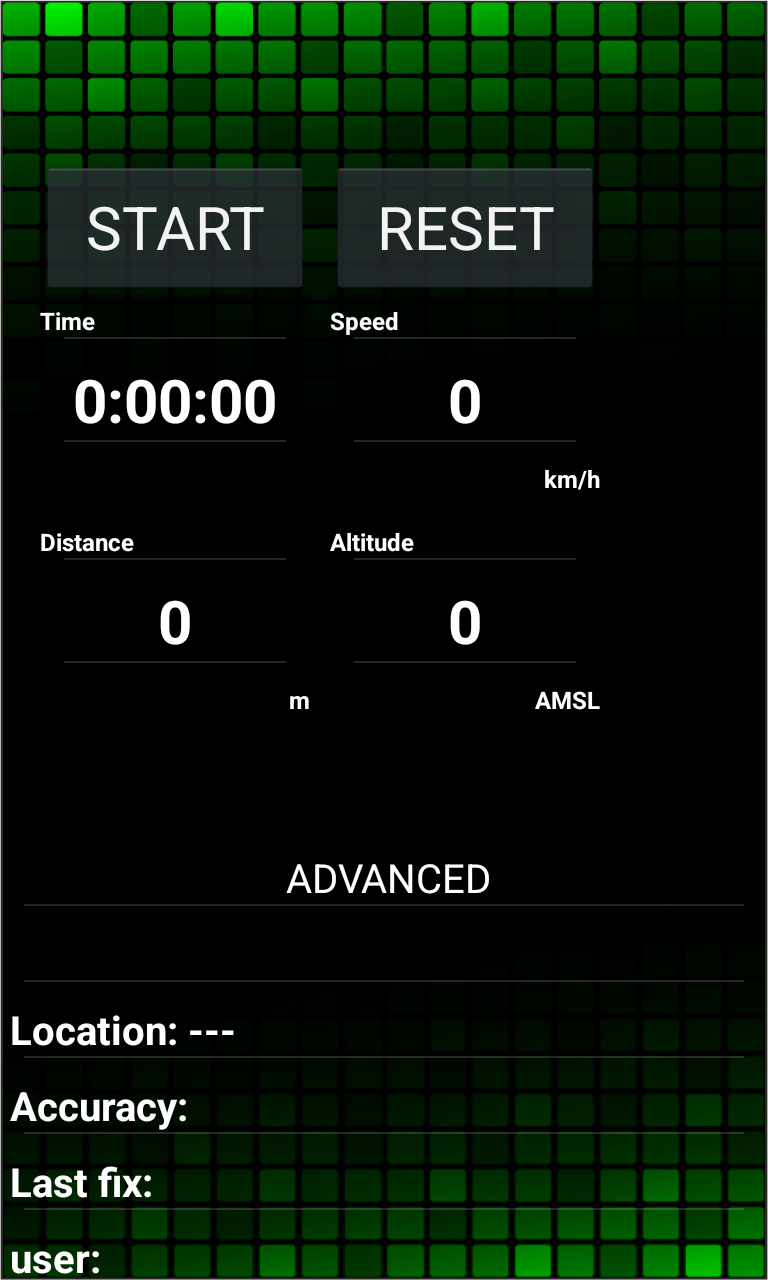
Repository: sebastianR1001/GeoApplication
Layout: GeoApplication/res/layout/activity_fullscreen.xml
These files come from the project's save history. The layout is drawn as it stood at one moment and after the next save; the edit follows.
It is drawn on a 768 x 1280 px phone screen (xhdpi) without system bars, with theme FullscreenTheme; the app's code is not run.

Above is the layout before, as saved 2014-11-05 08:03:15.

### GeoApplication/res/layout/activity_fullscreen.xml
<FrameLayout xmlns:android="http://schemas.android.com/apk/res/android"
    xmlns:tools="http://schemas.android.com/tools"
    android:layout_width="match_parent"
    android:layout_height="match_parent"
    android:background="@drawable/alik"
    tools:context="geo.geoapplication.FullscreenActivity" >

    <!--
         The primary full-screen view. This can be replaced with whatever view
         is needed to present your content, e.g. VideoView, SurfaceView,
         TextureView, etc.
    -->

    <TextView
        android:id="@+id/fullscreen_content"
        android:layout_width="match_parent"
        android:layout_height="match_parent"
        android:gravity="center"
        android:keepScreenOn="true"
        android:textSize="50sp"
        android:textStyle="bold" />

     <TableLayout
        android:layout_width="wrap_content"
        android:layout_height="wrap_content"
        android:layout_marginTop="80dp"
        android:layout_marginLeft="10dp"
        android:layout_marginRight="10dp"  >

         <TableRow
            android:id="@+id/tableRow0"
            android:layout_width="wrap_content"
            android:layout_height="wrap_content"
            >

            <Button
		        android:id="@+id/startButton"
		        android:layout_width="135dp"
		        android:layout_height="67dp"
		        android:layout_marginLeft="10dp"
		        android:textSize="30sp"
		        android:text="@string/startButton" />

		     <Button
		        android:id="@+id/resetButton"
		        android:layout_width="135dp"
		        android:layout_height="67dp"
		        android:layout_marginRight="10dp"
		        android:layout_marginLeft="10dp"
		        android:textSize="30sp"
		        android:text="@string/resetButton" />

        </TableRow>

        <TableRow
            android:id="@+id/tableRow1"
            android:layout_width="wrap_content"
            android:layout_height="wrap_content"
            >

            <LinearLayout
		        android:id="@+id/timeLayout"
		        style="?metaButtonBarStyle"
		        android:layout_width="wrap_content"
		        android:layout_height="wrap_content"
		        android:layout_weight="5"
		        android:layout_marginLeft="10dp"
		        android:background="@color/black_overlay"
		        android:orientation="vertical"
		        tools:ignore="UselessParent" >

			    <TextView
			        android:layout_width="match_parent"
			        android:layout_height="match_parent"
			        android:layout_marginTop="5dp"
			        android:text="@string/timeText"
			        android:id="@+id/timeText"
			        android:textColor="#ffffff"
			        android:textSize="12sp"
			        android:textStyle="bold" />

			    <TextView
			        android:layout_width="match_parent"
			        android:layout_height="match_parent"
			        android:text="@string/time"
			        android:id="@+id/time"
			        android:layout_marginTop="10dp"
			        android:gravity="center"
			        android:textColor="#ffffff"
			        android:textSize="30sp"
			        android:textStyle="bold" />

			    <TextView
			        android:layout_width="match_parent"
			        android:layout_height="match_parent"
			        android:layout_marginTop="10dp"
			        android:textColor="#ffffff"
			        android:textSize="12sp"
			        android:textStyle="bold" />

	        </LinearLayout>

			<LinearLayout
		        android:id="@+id/speedLayout"
		        style="?metaButtonBarStyle"
		        android:layout_width="wrap_content"
		        android:layout_height="wrap_content"
		        android:layout_weight="5"
		        android:layout_marginRight="10dp"
		        android:layout_marginLeft="10dp"
		        android:background="@color/black_overlay"
		        android:orientation="vertical"
		        tools:ignore="UselessParent" >

			    <TextView
			        android:layout_width="match_parent"
			        android:layout_height="match_parent"
			        android:layout_marginTop="5dp"
			        android:text="@string/speedText"
			        android:id="@+id/speedText"
			        android:textColor="#ffffff"
			        android:textSize="12sp"
			        android:textStyle="bold" />

			    <TextView
			        android:layout_width="match_parent"
			        android:layout_height="match_parent"
			        android:text="@string/speed"
			        android:id="@+id/speed"
			        android:layout_marginTop="10dp"
			        android:gravity="center"
			        android:textColor="#ffffff"
			        android:textSize="30sp"
			        android:textStyle="bold" />

			    <TextView
			        android:layout_width="match_parent"
			        android:layout_height="match_parent"
			        android:layout_marginTop="10dp"
			        android:text="@string/speedUnit"
			        android:id="@+id/speedUnit"
			        android:textColor="#ffffff"
			        android:textSize="12sp"
			        android:gravity="right"
			        android:textStyle="bold" />

	        </LinearLayout>

        </TableRow>

        <TableRow
            android:id="@+id/tableRow4"
            android:layout_width="wrap_content"
            android:layout_height="wrap_content"
            android:layout_marginTop="10dp"
            >

            <LinearLayout
		        android:id="@+id/distanceLayout"
		        style="?metaButtonBarStyle"
		        android:layout_width="wrap_content"
		        android:layout_height="wrap_content"
		        android:layout_weight="5"
		        android:layout_marginLeft="10dp"
		        android:background="@color/black_overlay"
		        android:orientation="vertical"
		        tools:ignore="UselessParent" >

			    <TextView
			        android:layout_width="match_parent"
			        android:layout_height="match_parent"
			        android:layout_marginTop="5dp"
			        android:text="@string/distanceText"
			        android:id="@+id/distanceText"
			        android:textColor="#ffffff"
			        android:textSize="12sp"
			        android:textStyle="bold" />

			    <TextView
			        android:layout_width="match_parent"
			        android:layout_height="match_parent"
			        android:text="@string/distance"
			        android:id="@+id/distance"
			        android:layout_marginTop="10dp"
			        android:gravity="center"
			        android:textColor="#ffffff"
			        android:textSize="30sp"
			        android:textStyle="bold" />

			    <TextView
			        android:layout_width="match_parent"
			        android:layout_height="match_parent"
			        android:layout_marginTop="10dp"
			        android:text="@string/distanceUnit"
			        android:id="@+id/distanceUnit"
			        android:textColor="#ffffff"
			        android:gravity="right"
			        android:textSize="12sp"
			        android:textStyle="bold" />

	        </LinearLayout>

			<LinearLayout
		        android:id="@+id/elevationLayout"
		        style="?metaButtonBarStyle"
		        android:layout_width="wrap_content"
		        android:layout_height="wrap_content"
		        android:layout_weight="5"
		        android:layout_marginRight="10dp"
		        android:layout_marginLeft="10dp"
		        android:background="@color/black_overlay"
		        android:orientation="vertical"
		        tools:ignore="UselessParent" >

			    <TextView
			        android:layout_width="match_parent"
			        android:layout_height="match_parent"
			        android:layout_marginTop="5dp"
			        android:text="@string/altitudeText"
			        android:id="@+id/altitudeText"
			        android:textColor="#ffffff"
			        android:textSize="12sp"
			        android:textStyle="bold" />

			    <TextView
			        android:layout_width="match_parent"
			        android:layout_height="match_parent"
			        android:text="@string/altitude"
			        android:id="@+id/altitude"
			        android:layout_marginTop="10dp"
			        android:gravity="center"
			        android:textColor="#ffffff"
			        android:textSize="30sp"
			        android:textStyle="bold" />

			    <TextView
			        android:layout_width="match_parent"
			        android:layout_height="match_parent"
			        android:layout_marginTop="10dp"
			        android:text="@string/altitudeUnit"
			        android:id="@+id/altitudeUnit"
			        android:textColor="#ffffff"
			        android:gravity="right"
			        android:textSize="12sp"
			        android:textStyle="bold" />

	        </LinearLayout>

        </TableRow>

    </TableLayout>

	   <LinearLayout
	        android:id="@+id/advanced"
	        style="?metaButtonBarStyle"
	        android:layout_width="match_parent"

	        android:layout_height="220dp"
	        android:layout_gravity="bottom|center_horizontal"
	        android:background="@color/black"
	        android:orientation="vertical"
	        tools:ignore="UselessParent" >

	       <TextView
		        android:id="@+id/advancedInformation"
		        android:layout_width="wrap_content"
                android:layout_height="wrap_content"
                android:text="@string/advancedText"
		        android:paddingTop="5dp"
		        android:paddingLeft="5dp"
		        android:layout_gravity="top|center_horizontal"
		        android:textColor="#ffffff"
		        android:textSize="20sp" />

	       <TextView
		        android:id="@+id/gpsInformation"
		        android:layout_width="wrap_content"
                android:layout_height="wrap_content"
		        android:paddingTop="10dp"
		        android:paddingLeft="5dp"
		        android:textColor="#ffffff"
		        android:textSize="20sp" />

		    <TextView
		        android:id="@+id/viewLocation"
		        android:layout_width="wrap_content"
		        android:layout_height="wrap_content"
		        android:paddingTop="10dp"
		        android:paddingLeft="5dp"
		        android:keepScreenOn="true"
		        android:text="@string/location"
		        android:textColor="#ffffff"
		        android:textSize="20sp"
		        android:textStyle="bold" />

	        <TextView
		        android:layout_width="wrap_content"
                android:layout_height="wrap_content"
		        android:paddingTop="10dp"
		        android:paddingLeft="5dp"
		        android:text="@string/accuracy"
		        android:id="@+id/accuracy"
		        android:textColor="#ffffff"
		        android:textSize="20sp"
		        android:textStyle="bold" />

	        <TextView
		        android:layout_width="wrap_content"
                android:layout_height="wrap_content"
		        android:paddingTop="10dp"
		        android:paddingLeft="5dp"
		        android:text="@string/last_fix"
		        android:id="@+id/lastFix"
		        android:textColor="#ffffff"
		        android:textSize="20sp"
		        android:textStyle="bold" />

	        <TextView
		        android:layout_width="wrap_content"
                android:layout_height="wrap_content"
		        android:paddingTop="10dp"
		        android:paddingLeft="5dp"
		        android:text="@string/userName"
		        android:id="@+id/userName"
		        android:textColor="#ffffff"
		        android:textSize="20sp"
		        android:textStyle="bold" />

        </LinearLayout>


    <FrameLayout
        android:layout_width="match_parent"
        android:layout_height="match_parent"
        android:fitsSystemWindows="true" >

        <LinearLayout
            android:id="@+id/fullscreen_content_controls"
            style="?metaButtonBarStyle"
            android:layout_width="match_parent"
            android:layout_height="wrap_content"
            android:layout_gravity="bottom|center_horizontal"
            android:background="@color/black_overlay"
            android:orientation="horizontal"
            tools:ignore="UselessParent" >
        </LinearLayout>

        <requestFocus />


    </FrameLayout>
    <!--
         This FrameLayout insets its children based on system windows using
         android:fitsSystemWindows.
    -->

</FrameLayout>

### GeoApplication/res/values/colors.xml
<resources>

    <color name="black_overlay">#66000000</color>
    <color name="black">#000000ff</color>
    <color name="white_overlay">#ffffffff</color>

</resources>

### GeoApplication/res/values/strings.xml
<?xml version="1.0" encoding="utf-8"?>
<resources>

    <string name="app_name">GeoApplication</string>
    <string name="dummy_button">Dummy Button</string>
    <string name="dummy_content">DUMMY\nCONTENT</string>
    <string name="geo_application">GEO\nAPPLICATION</string>

    <string name="location">Location: ---</string>

    <string name="speedText">Speed</string>
    <string name="speed">0</string>
    <string name="speedUnit">km/h</string>

    <string name="time">0:00:00</string>
    <string name="timeText">Time</string>

    <string name="accuracy">Accuracy:</string>

    <string name="distance">0</string>
    <string name="distanceUnit">m</string>
    <string name="distanceText">Distance</string>

    <string name="altitude">0</string>
    <string name="altitudeUnit">AMSL</string>
    <string name="altitudeText">Altitude</string>

    <string name="last_fix">Last fix:</string>

    <string name="userText">USER</string>
    <string name="passwordText">PASSWORD</string>

    <string name="userName">user: </string>

    <string name="startButton">START</string>
    <string name="stopButton">STOP</string>
    <string name="resetButton">RESET</string>
    <string name="loginButton">LOGIN</string>
    <string name="newAccountButton">REGISTRATION</string>

    <string name="advancedText">ADVANCED</string>


</resources>

Loaded but not shown: GeoApplication/res/values-v11/styles.xml (common file); GeoApplication/res/values/styles.xml (common file)

After the next save:
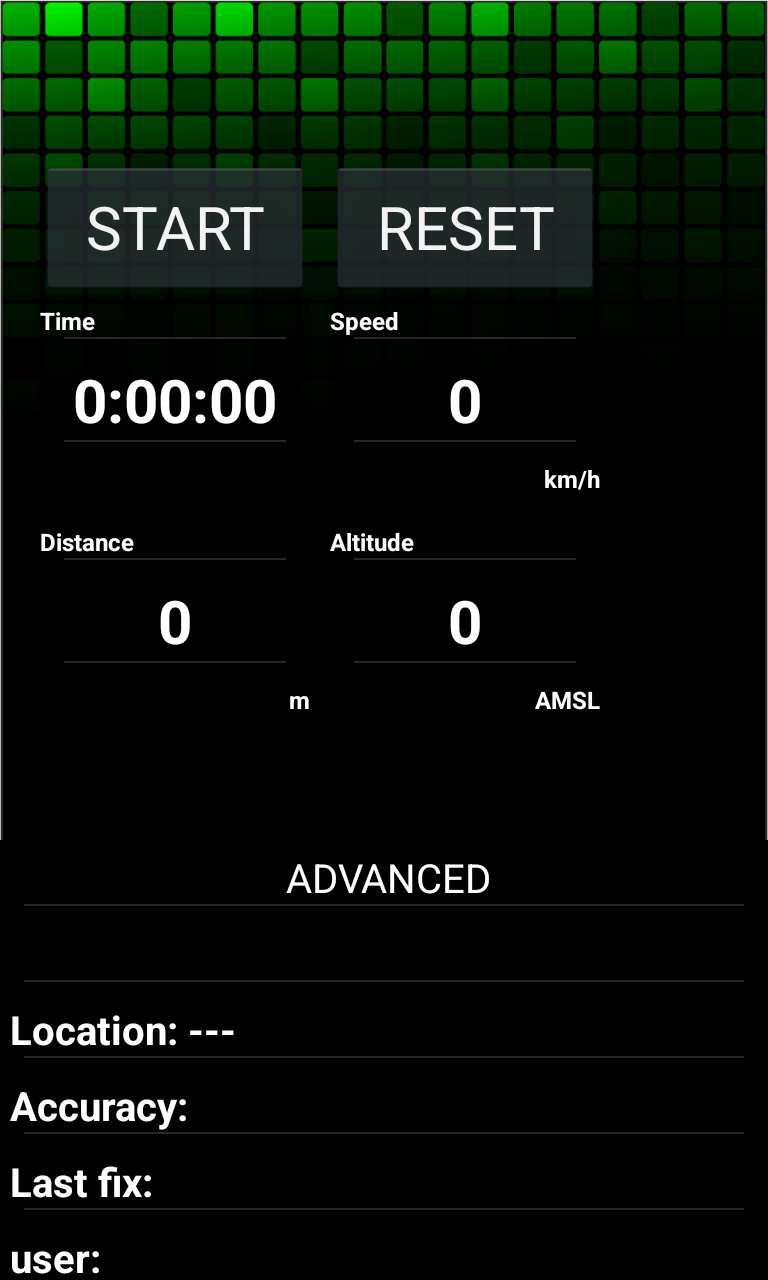
Saved 59 s later.
--- a/GeoApplication/res/values/colors.xml
+++ b/GeoApplication/res/values/colors.xml
@@ -1,7 +1,7 @@
 <resources>
 
     <color name="black_overlay">#66000000</color>
-    <color name="black">#000000ff</color>
+    <color name="black">#000000</color>
     <color name="white_overlay">#ffffffff</color>
 
 </resources>
